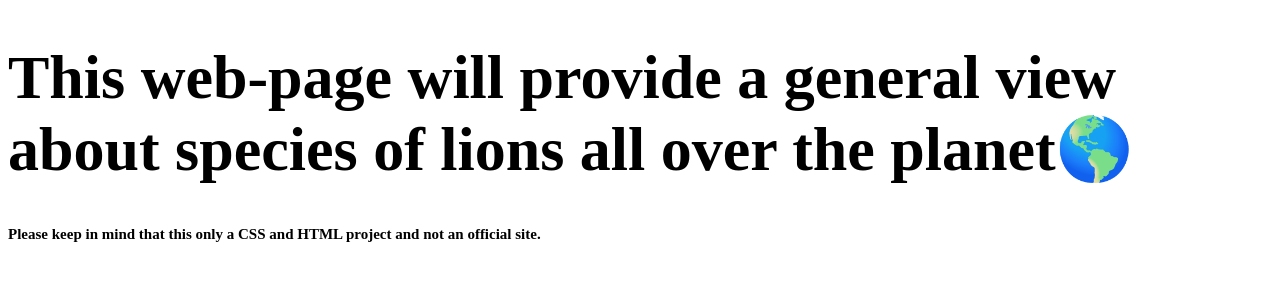
Repository: GeorgeManias/lions_project
Page: index.html
The author's editor kept a copy of each file at every save. The page is drawn from the files as they stood at one save, then again after the next save.
The browser window is 1280 px wide. The pictures show the whole page.

Above is the page before, as saved 2021-11-02 20:08:00.

After the next save:
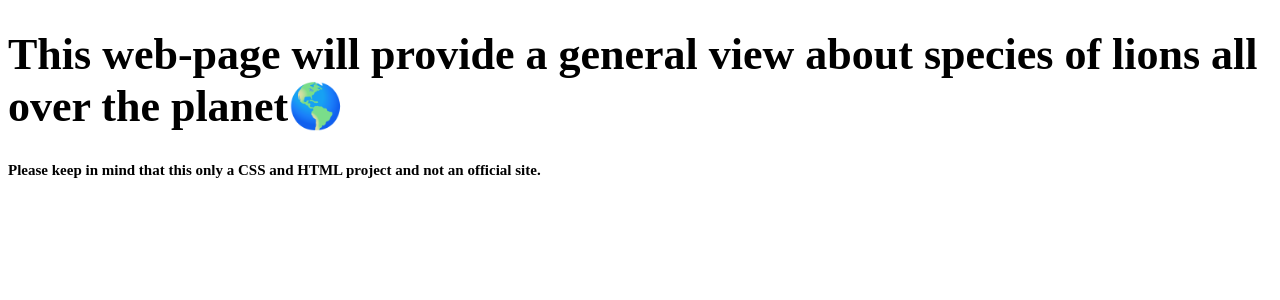
Saved 20 s later.
--- a/index.css
+++ b/index.css
@@ -65,5 +65,5 @@ html {
 }
 
 .main_header {
-  font-size: 6.2rem;
+  font-size: 4.4rem;
 }
